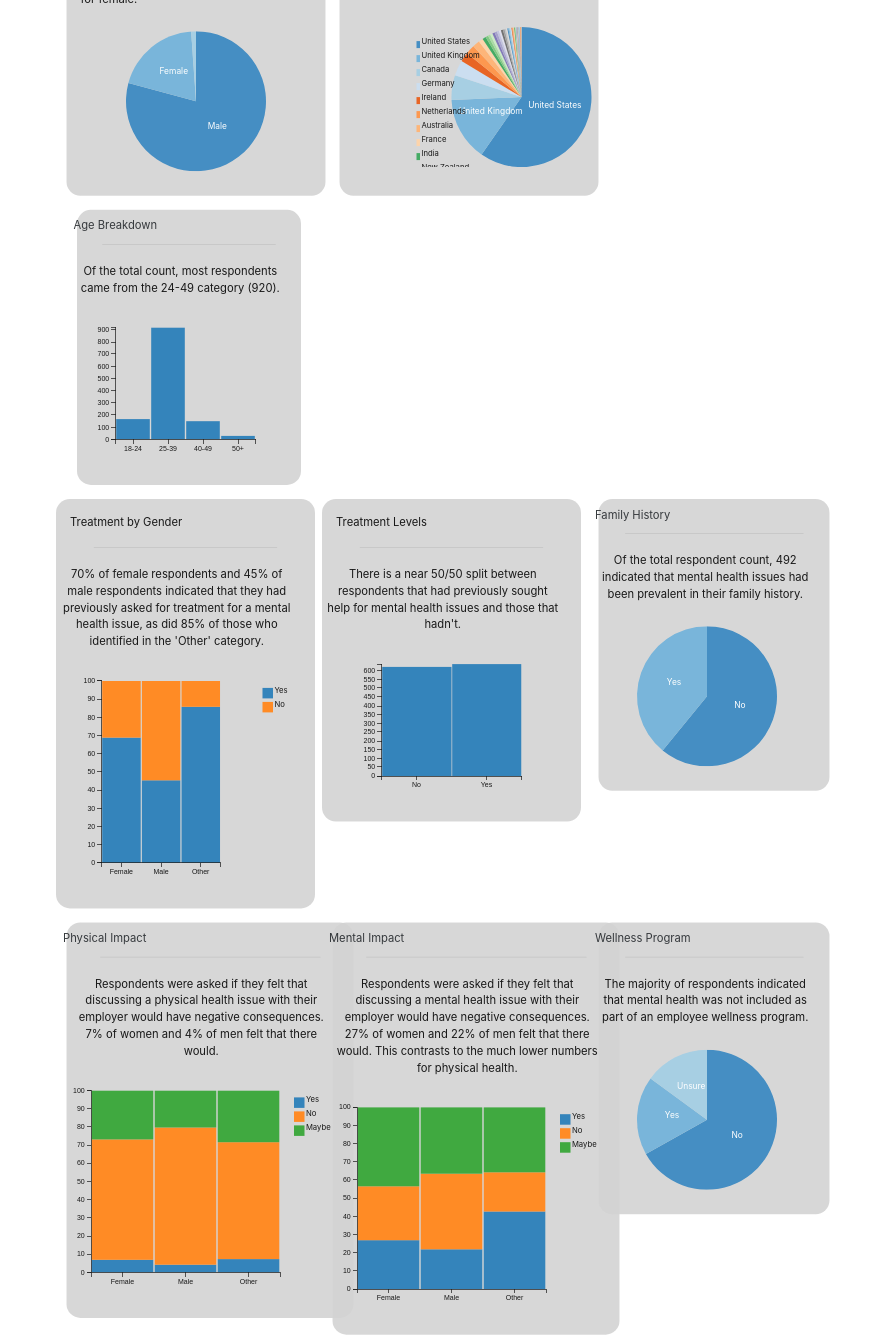
Repository: martingr1/mhdashboard
Page: index.html
The author's editor kept a record of every edit. The page is drawn from the files as they stood at one moment, then again after the next edit.
The browser window is 1280 px wide. The pictures show the part of the page from y = 944 to 2864 px (the page is 2861 px tall before and 2864 px after), at 70% of full size.
Some web libraries are served in a nearby version.

Above is the page before.

### index.html
<html>

<head>

    <meta charset="UTF-8">
    <meta name="viewport" content="width=device-width, initial-scale=1.0">
    <meta http-equiv="X-UA-Compatible" content="ie=edge">
    <title>Mental Health in Tech</title>

    <link rel="stylesheet" href="https://stackpath.bootstrapcdn.com/bootstrap/4.3.1/css/bootstrap.min.css" integrity="sha384-ggOyR0iXCbMQv3Xipma34MD+dH/1fQ784/j6cY/iJTQUOhcWr7x9JvoRxT2MZw1T" crossorigin="anonymous">
    <link rel="stylesheet" href="static/css/dc.min.css" type="text/css" />
    <link rel="stylesheet" type="text/css" href="https://maxcdn.bootstrapcdn.com/font-awesome/4.7.0/css/font-awesome.min.css">
    <link rel="stylesheet" href="static/css/style.css" type="text/css" />


    <script type="text/javascript" src="static/js/d3.min.js"></script>
    <script type="text/javascript" src="static/js/crossfilter.min.js"></script>
    <script type="text/javascript" src="static/js/dc.min.js"></script>
    <script type="text/javascript" src="static/js/queue.min.js"></script>
    <script type="text/javascript" src="static/js/graph.js"></script>

</head>

<body class="">

    <nav class="navbar navbar-dark bg-primary">
        <div class="container-fluid">
            <a class="navbar-brand" href="#">Mental Health in Tech</a> <button id="reset_button" class="btn btn-sm btn-default">Reset Dashboard Filters</button>
        </div>
    </nav>

    <section class="container">

        <section class="section">
            <div class="container">
                <div class="row">
                    <div class="content-box col-xs-12 col-sm-12">
                        <h3 class="header">Introduction</h3>
                        <div class="row no-gutters">
                            <hr class="line">
                            <p class="chart-text">This dashboard contains data originally sourced via Kaggle and aims to analyse mental health in tech companies.<br></p>
                            <p class="chart-text">The data visualisations below intend to give a brief overview of respondent data before analysing some of the trends contained within the data. The original dataset can be found here <a href="https://www.kaggle.com/osmi/mental-health-in-tech-survey">Kaggle</a>.<br></p>
                            <p class="chart-text">To get started, please filter the data using one of the selections below.</p>
                        </div>
                        <div class="row no-gutters">
                            <h6 class="sub-header">Tech Company:</h6>
                            <span class="filter" id="select_company"></span>
                        </div>
                        <div class="row no-gutters">
                            <h6 class="sub-header">Gender:</h6>
                            <span class="filter" id="select_gender"></span>
                        </div>
                        <div class="row no-gutters">
                            <h6 class="sub-header">Date:</h6>
                            <span class="filter" id="select_date"></span>
                        </div>
                        <div class="row no-gutters">
                            <h6 class="sub-header">Self Employed:</h6>
                            <span class="filter" id="select_worktype"></span>
                        </div>
                    </div>
                </div>
        </section>
        <section class="section">
            <div class="container">
                <div class="row">
                    <div class="content-box col-xs-12 col-sm-12 col-md-3">
                        <div class="row no-gutters">
                            <h5 class="sub-header">Respondents</h5>
                        </div>
                        <hr class="line">
                        <div class="row">
                            <div class="chart" id="respondents_display"></div>
                        </div>
                    </div>

                    <div class="content-box col-xs-12 col-sm-12 col-md-3">
                        <div class="row no-gutters">
                            <h5>Average Age<i class="icon fa fa-male" aria-hidden="true"></i></h5>
                        </div>
                        <hr class="line">
                        <div class="row no-gutters">
                            <div class="chart" id="average_age_male"></div>
                        </div>
                    </div>

                    <div class="content-box col-xs-12 col-sm-12 col-md-3">
                        <div class="row no-gutters">
                            <h6>Average Age <i class="icon fa fa-female" aria-hidden="true"></i></h6>
                        </div>
                        <hr class="line">
                        <div class="row no-gutters">
                            <div class="chart" id="average_age_gender"></div>
                        </div>
                    </div>

                    <div class="content-box col-xs-12 col-sm-12 col-md-3">
                        <div class="row no-gutters">
                            <h6>Tech Companies</h6>
                        </div>
                        <hr class="line">
                        <div class="row no-gutters">
                            <div class="chart" id="tech_display"></div>
                        </div>
                    </div>
                </div>
            </div>
        </section>

        <section class="section">
            <div class="container">
                <div class="row">
                    <div class="content-box col-xs-12 col-sm-12 col-md-4">
                        <div class="row no-gutters">
                            <h6>Gender Breakdown
                                <h6>
                        </div>
                        <hr class="line">
                        <p class="chart-text">Almost 75% of respondents identified as Male, compared to just under 25% for female.</p>
                        <div class="row no-gutters">
                            <div class="chart" id="gender_breakdown"></div>
                        </div>
                    </div>

                    <div class="content-box col-xs-12 col-sm-12 col-md-4">
                        <div class="row no-gutters">
                            <div class="row no-gutters">
                                <h6>Country Breakdown
                                    <h6>
                            </div>
                            <hr class="line">
                                <p class="chart-text">Over 50% of respondents were from the US, with the UK the next largest proportion.</p>
                            <div class="row no-gutters">
                                <div class="chart country-pie" id="country_breakdown"></div>
                            </div>
                        </div>
                    </div>

                <article class="article col-xs-12 col-sm-6 col-lg-4">
                    <div class="row no-gutters text-center">
                        <div class="row content-box">
                            <div class="row">
                                <div class="text-center">Age Breakdown</div>
                                <hr class="line">
                                <div>
                                    <p class="chart-text">Of the total count, most respondents came from the 24-49 category (920).</p>
                                </div>
                                <div class="row">
                                    <div class="chart" id="age_breakdown"></div>
                                </div>
                            </div>
                        </div>
                    </div>
                </article>
            </div>
            </div>
        </section>


        <div class="row">
            <article class="article col-sm-12 col-md-6 col-lg-4">
                <div class="row text-center">
                    <div class="row content-box">
                        <div class="row text-center chart-text">Treatment by Gender</div>
                        <hr class="line">
                        <div class="row text-center">
                            <p class="chart-text">70% of female respondents and 45% of male respondents indicated that they had previously asked for treatment for a mental health issue, as did 85% of those who identified in the 'Other' category. </p>
                        </div>
                        <div class="chart" id="treatment_by_gender"></div>
                    </div>
                </div>
            </article>

            <article class="article col-sm-12 col-md-6 col-lg-4">
                <div class="row text-center">
                    <div class="row content-box">
                        <div class="row text-center chart-text">Treatment Levels</div>
                        <hr class="line">
                        <div class="row text-center">
                            <p class="chart-text">There is a near 50/50 split between respondents that had previously sought help for mental health issues and those that hadn't.</p>
                        </div>
                        <div class="chart" id="treatment_chart"></div>
                    </div>
                </div>
            </article>

            <article class="article col-xs-12 col-sm-6 col-lg-4">
                <div class="row no-gutters text-center">
                    <div class="row content-box">
                        <div class="row">
                            <div class="text-center">Family History</div>
                            <hr class="line">
                            <div>
                                <p class="chart-text">Of the total respondent count, 492 indicated that mental health issues had been prevalent in their family history.</p>
                            </div>
                            <div class="row">
                                <div class="chart" id="family_history"></div>
                            </div>
                        </div>
                    </div>
                </div>
            </article>
        </div>

        <div class="row">
            <article class="article col-xs-12 col-sm-6 col-lg-4">
                <div class="row no-gutters text-center">
                    <div class="row content-box">
                        <div class="row">
                            <div class="text-center">Physical Impact</div>
                            <hr class="line">
                            <div>
                                <p class="chart-text">Respondents were asked if they felt that discussing a physical health issue with their employer would have negative consequences. 7% of women and 4% of men felt that there would.</p>
                            </div>
                            <div class="row">
                                <div class="chart" id="physical_impact"></div>
                            </div>
                        </div>
                    </div>
                </div>
            </article>

            <article class="article col-xs-12 col-sm-6 col-lg-4">
                <div class="row no-gutters text-center">
                    <div class="row content-box">
                        <div class="row">
                            <div class="text-center">Mental Impact</div>
                            <hr class="line">
                            <div>
                                <p class="chart-text">Respondents were asked if they felt that discussing a mental health issue with their employer would have negative consequences. 27% of women and 22% of men felt that there would. This contrasts to the much lower numbers
                                    for physical health.</p>
                            </div>
                            <div class="row">
                                <div class="chart" id="mental_impact"></div>
                            </div>
                        </div>
                    </div>
                </div>
            </article>

            <article class="article col-xs-12 col-sm-6 col-lg-4">
                <div class="row no-gutters text-center">
                    <div class="row content-box">
                        <div class="row">
                            <div class="text-center">Wellness Program</div>
                            <hr class="line">
                            <div>
                                <p class="chart-text">The majority of respondents indicated that mental health was not included as part of an employee wellness program.</p>
                            </div>
                            <div class="row">
                                <div class="chart" id="wellness_chart"></div>
                            </div>
                        </div>
                    </div>
                </div>
            </article>
        </div>
    </section>

    <script src="https://code.jquery.com/jquery-3.2.1.min.js" integrity="sha256-hwg4gsxgFZhOsEEamdOYGBf13FyQuiTwlAQgxVSNgt4=" crossorigin="anonymous"></script>
    <script type="text/javascript" src="static/js/scripts.js"></script>
</body>

</html>

### static/css/style.css
.background-image {
	background-image: url("static/images/clouds_sunset_sky_119785_3840x2400.jpg");
}

.btn {
	color: #000000;
	background-color: #D3D3D3;
}

.filter {
	margin: 10px;
	padding: 10px;
}

.header {

	position: relative;
	margin: auto;
	text-align: center;
	padding: 5px;

}

.sub-header {
	margin: auto;
	padding: 10px;
}

.chart-text {
	font-size: medium;
	color: black;
	padding-right: 25px;
	margin: 10px;
}

.line {
	margin: 15px auto 15px;
	color: #000000;
	width: 75%;
}

.content-box {

	box-sizing: border-box;
	border-radius: 20px;
	background-color: #D3D3D3;
	opacity: 0.9;
	display: flex;
	flex-wrap: wrap;
	margin: 10px;
	padding: 10px;
}

.number-display {

	font-size: 30px;
	font-weight: 500;
	margin: auto;
	padding: 25px;
	text-align: center;

}


.chart {
	height: auto;
	margin: 25px;
}


.country-pie {
	margin-left: 100px;
}

### static/js/scripts.js
$('#reset_button').click(function() {
    dc.filterAll();
    dc.renderAll();
});

Loaded but not shown: static/css/dc.min.css (library); static/js/d3.min.js (library); static/js/crossfilter.min.js (library); static/js/dc.min.js (library); static/js/queue.min.js (common file); static/js/graph.js (406 lines, source omitted)

After the next edit:
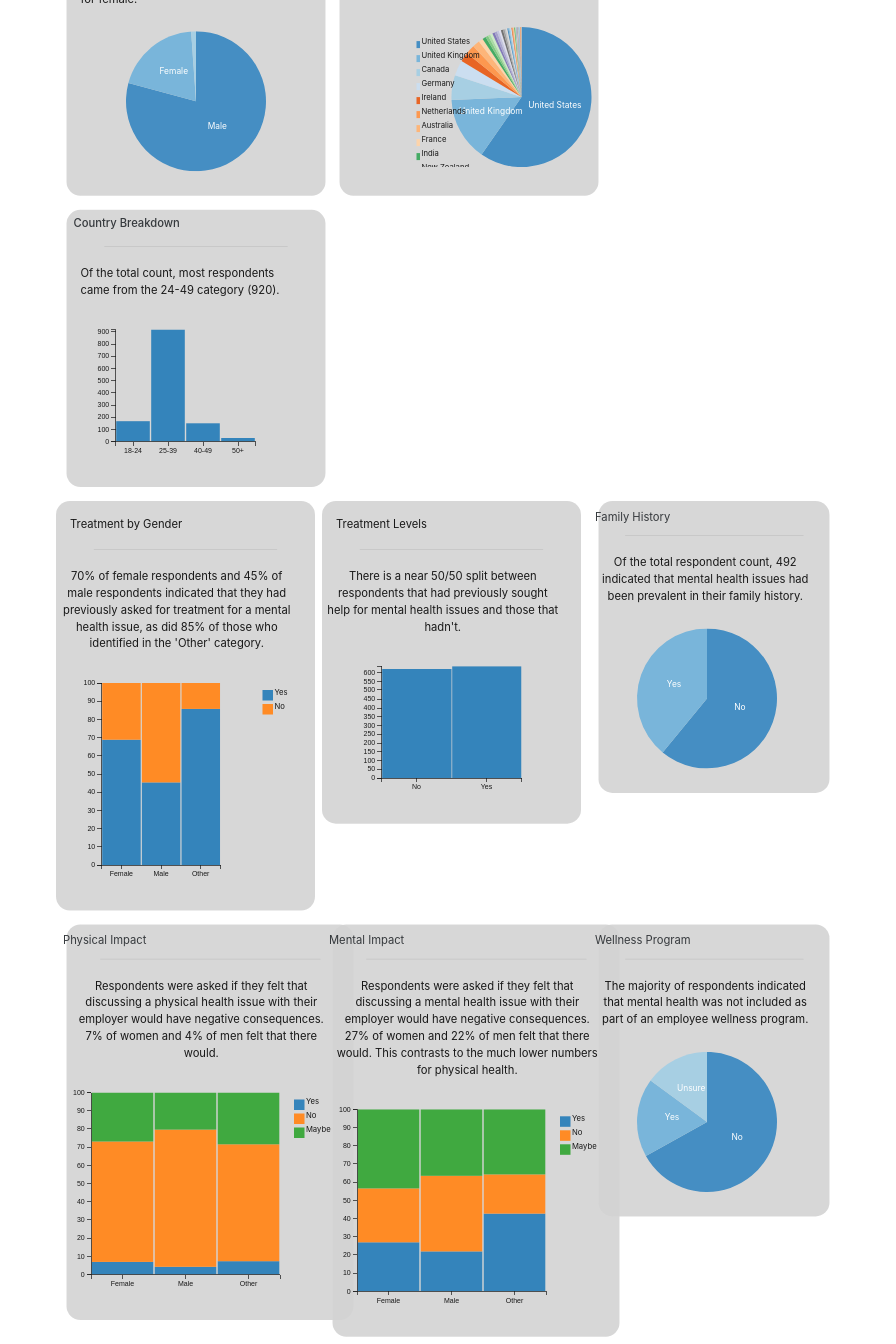
The edit:
--- a/index.html
+++ b/index.html
@@ -136,13 +136,13 @@
                         </div>
                     </div>
 
-                <article class="article col-xs-12 col-sm-6 col-lg-4">
-                    <div class="row no-gutters text-center">
-                        <div class="row content-box">
-                            <div class="row">
-                                <div class="text-center">Age Breakdown</div>
-                                <hr class="line">
-                                <div>
+                <div class="content-box col-xs-12 col-sm-12 col-md-4">
+                        <div class="row no-gutters">
+                            <div class="row no-gutters">
+                                 <h6>Country Breakdown
+                                    <h6>
+                            </div>
+                            <hr class="line">
                                     <p class="chart-text">Of the total count, most respondents came from the 24-49 category (920).</p>
                                 </div>
                                 <div class="row">
